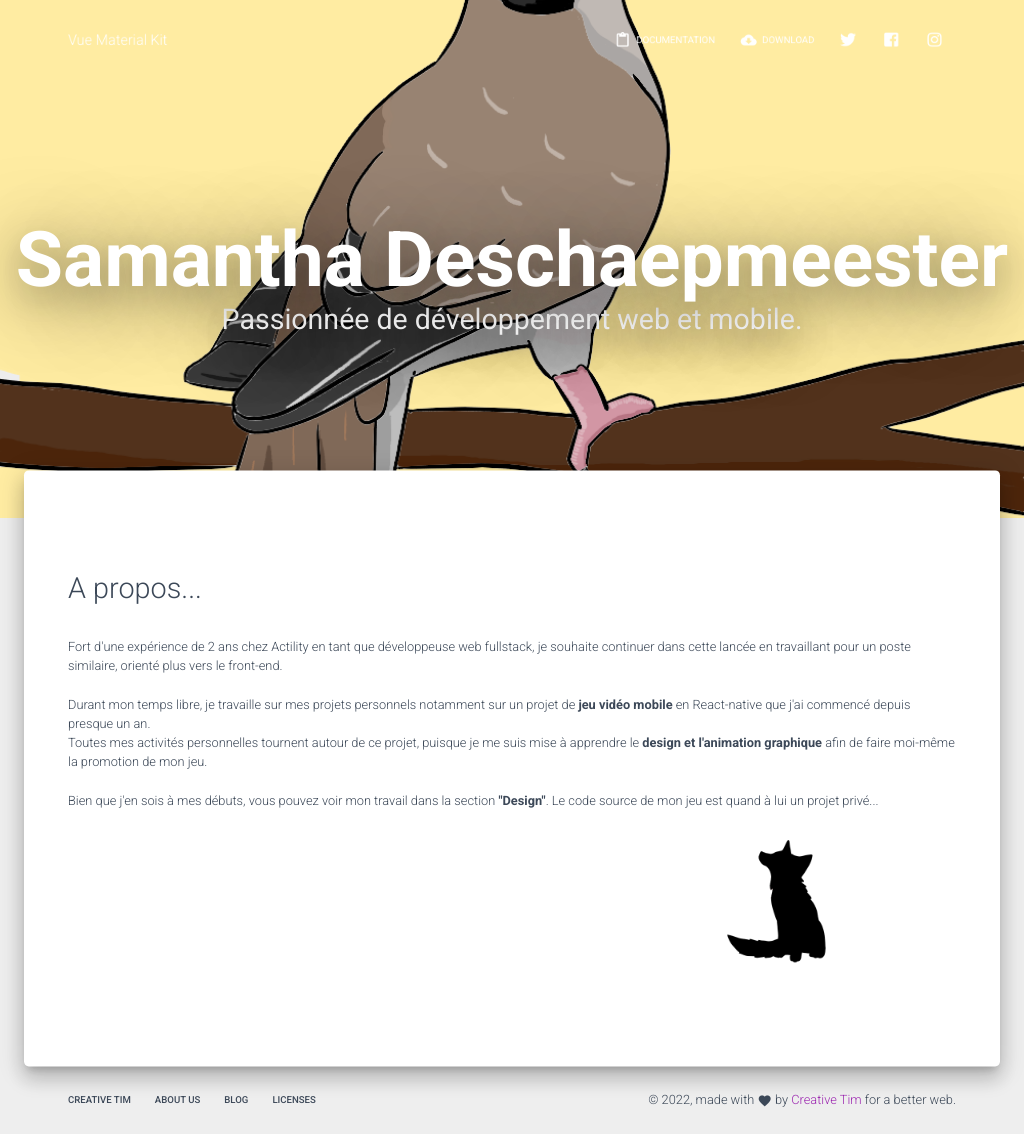
Repository: sdeschaepmeester/NewPortfolio
Page: /
These files come from the project's save history. The page is drawn as it stood at one moment and after the next save; the edit follows.
The browser window is 1280 px wide. The pictures show the whole page, at 80% of full size.
Some web libraries are served in a nearby version. The project was rebuilt for these pictures with package versions that can differ from the ones it lists, and the page was loaded fresh each time. Also part of the build but not shown: vue.config.js, src/views/components/NavigationSection.vue, src/views/components/SmallNavigationSection.vue, src/components/Dropdown.vue, src/components/Pagination.vue, src/components/Slider.vue, src/components/Badge.vue, src/components/cards/NavTabsCard.vue and 11 more.

Above is the page before, as saved 2022-06-19 23:06:11.

After the next save:
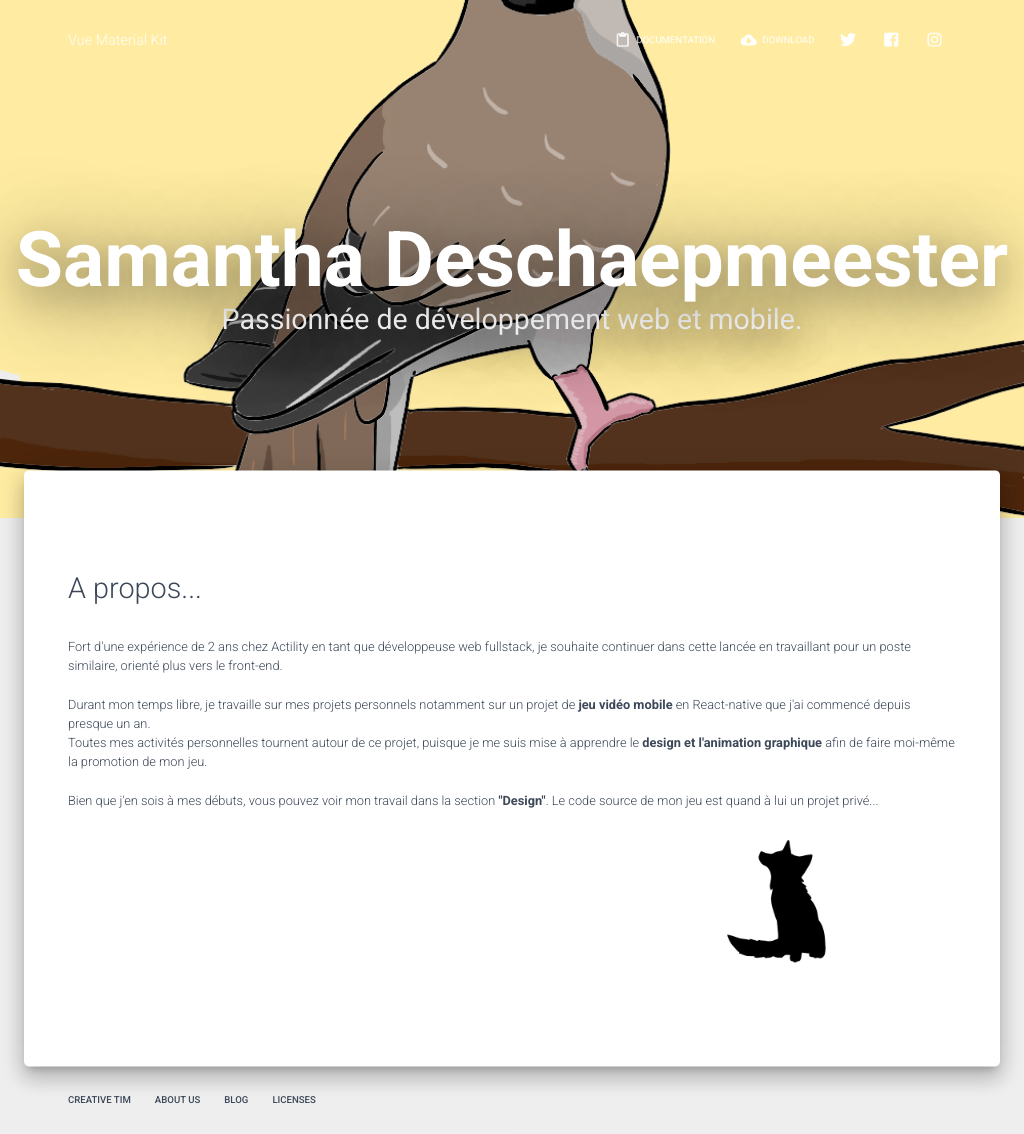
Saved 63 s later.
--- a/src/layout/MainFooter.vue
+++ b/src/layout/MainFooter.vue
@@ -29,11 +29,6 @@
           </li>
         </ul>
       </nav>
-      <div class="copyright">
-        &copy; {{ year }}, made with <md-icon>favorite</md-icon> by
-        <a href="https://www.creative-tim.com/" target="_blank">Creative Tim</a>
-        for a better web.
-      </div>
     </div>
   </footer>
 </template>
